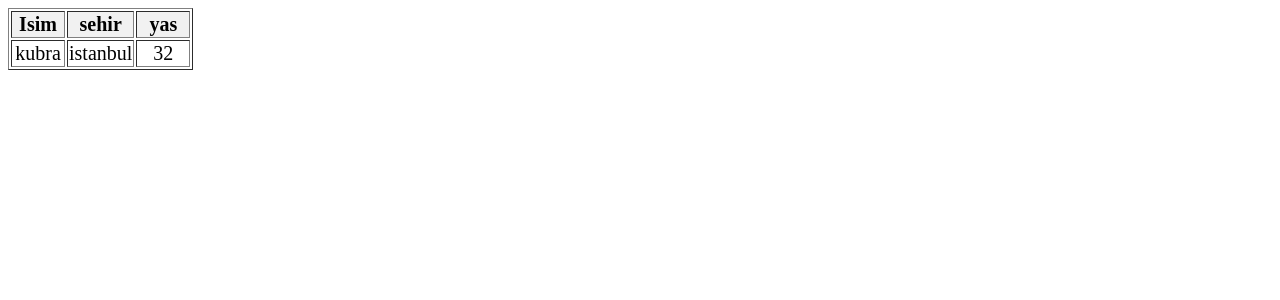
Repository: Kubraaygun/Html_Css_Login
Page: index.html
An editor plug-in stored every save of this project. The page is shown before and after a run of saves, followed by the edit.
The browser window is 1280 px wide. The pictures show the whole page.

Above is the page before, as saved 2025-03-04 21:23:53.

### index.html
<!DOCTYPE html>
<html lang="en">
  <head>
    <meta charset="UTF-8" />
    <meta name="viewport" content="width=device-width, initial-scale=1.0" />
    <title>HTML</title>
    <link rel="stylesheet" href="style.css" />
  </head>

  <body>
    <table border="1" style="text-align: center">
      <tr style="background-color: #f1f1f1">
        <th style="width: 50px">Isim</th>
        <th style="width: 50px">sehir</th>
        <th style="width: 50px">yas</th>
      </tr>
      <tr>
        <td>kubra</td>
        <td>istanbul</td>
        <td>32</td>
      </tr>
    </table>
  </body>
</html>

### style.css
body {
  font-size: 20px;
}
.h1:hover {
  background-color: purple;
}
#h1:hover {
  color: purple;
}
.link:hover {
  text-decoration: none;
}

ol {
  background-color: aqua;
  margin: 40px;
  border: 10px solid red;
}

ul {
  background-color: yellow;
  margin: 20px 60px 0 30px;
  padding: 10px;
  border: 20px groove red;
  border-radius: 30px 10px 50px 0;
}

li {
  background-color: burlywood;
  margin: 10px;
  padding: 5px;
}

After the next 2 saves:
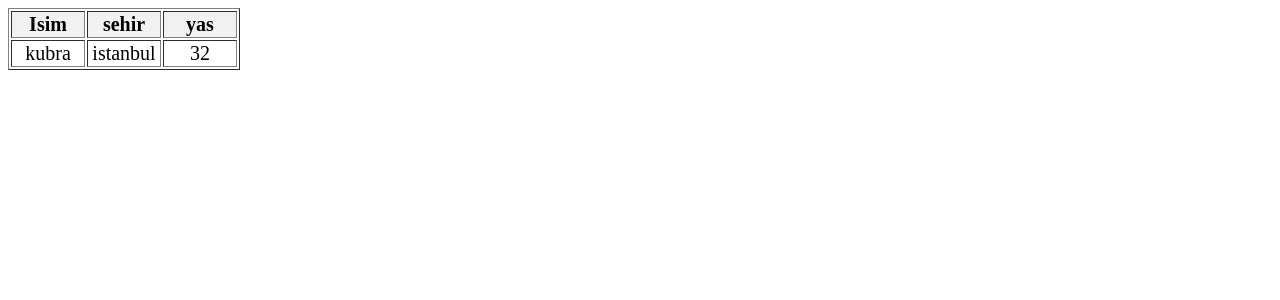
The 2 saves are shown as one change because they came seconds apart.
The last was saved 11 s later.
--- a/index.html
+++ b/index.html
@@ -10,9 +10,9 @@
   <body>
     <table border="1" style="text-align: center">
       <tr style="background-color: #f1f1f1">
-        <th style="width: 50px">Isim</th>
-        <th style="width: 50px">sehir</th>
-        <th style="width: 50px">yas</th>
+        <th style="width: 70px">Isim</th>
+        <th style="width: 70px">sehir</th>
+        <th style="width: 70px">yas</th>
       </tr>
       <tr>
         <td>kubra</td>
